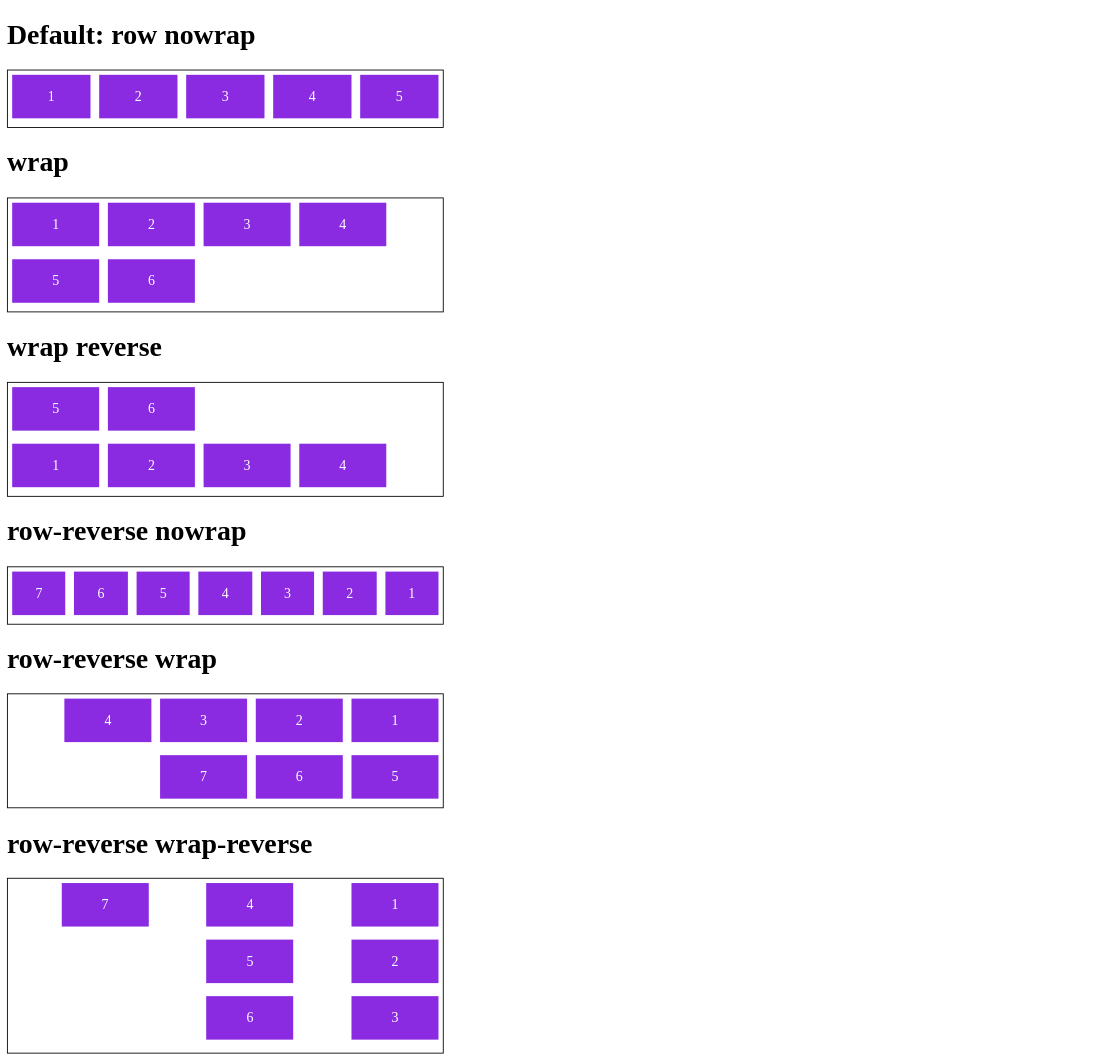
Repository: gabrielbino/projects-dio
Page: Flexbox/@flex-flow.html
The author's editor kept a copy of each file at every save. The page is drawn from the files as they stood at one save, then again after the next save.
The browser window is 1280 px wide. The pictures show the whole page, at 87% of full size.

Above is the page before, as saved 2021-10-22 17:27:06.

After the next save:
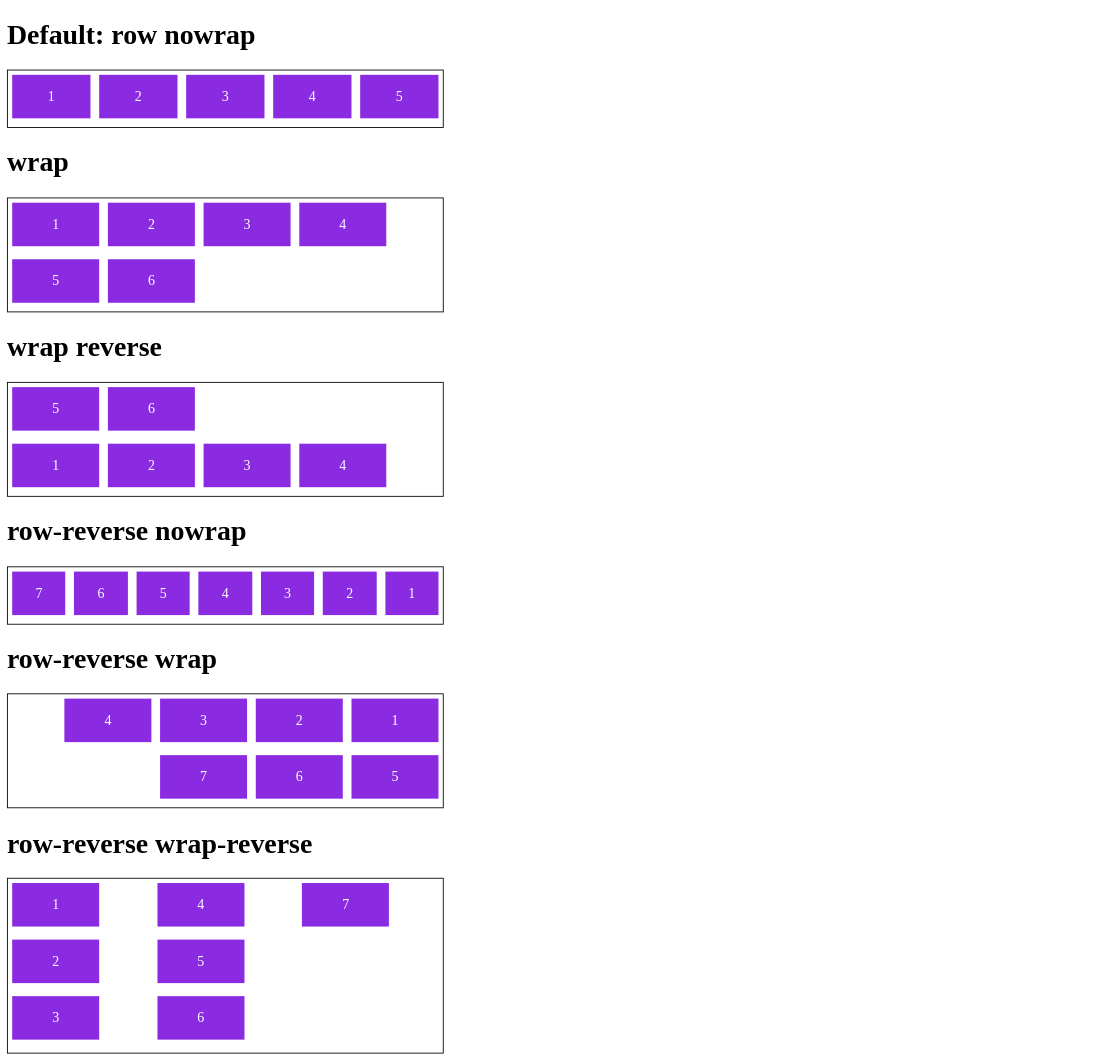
Saved 36 s later.
--- a/Flexbox/@flex-flow.html
+++ b/Flexbox/@flex-flow.html
@@ -33,7 +33,7 @@
       }
 
       .RRWR {
-        flex-flow: column wrap-reverse;
+        flex-flow: column wrap;
         height: 200px;
       }
 

After the save that followed:
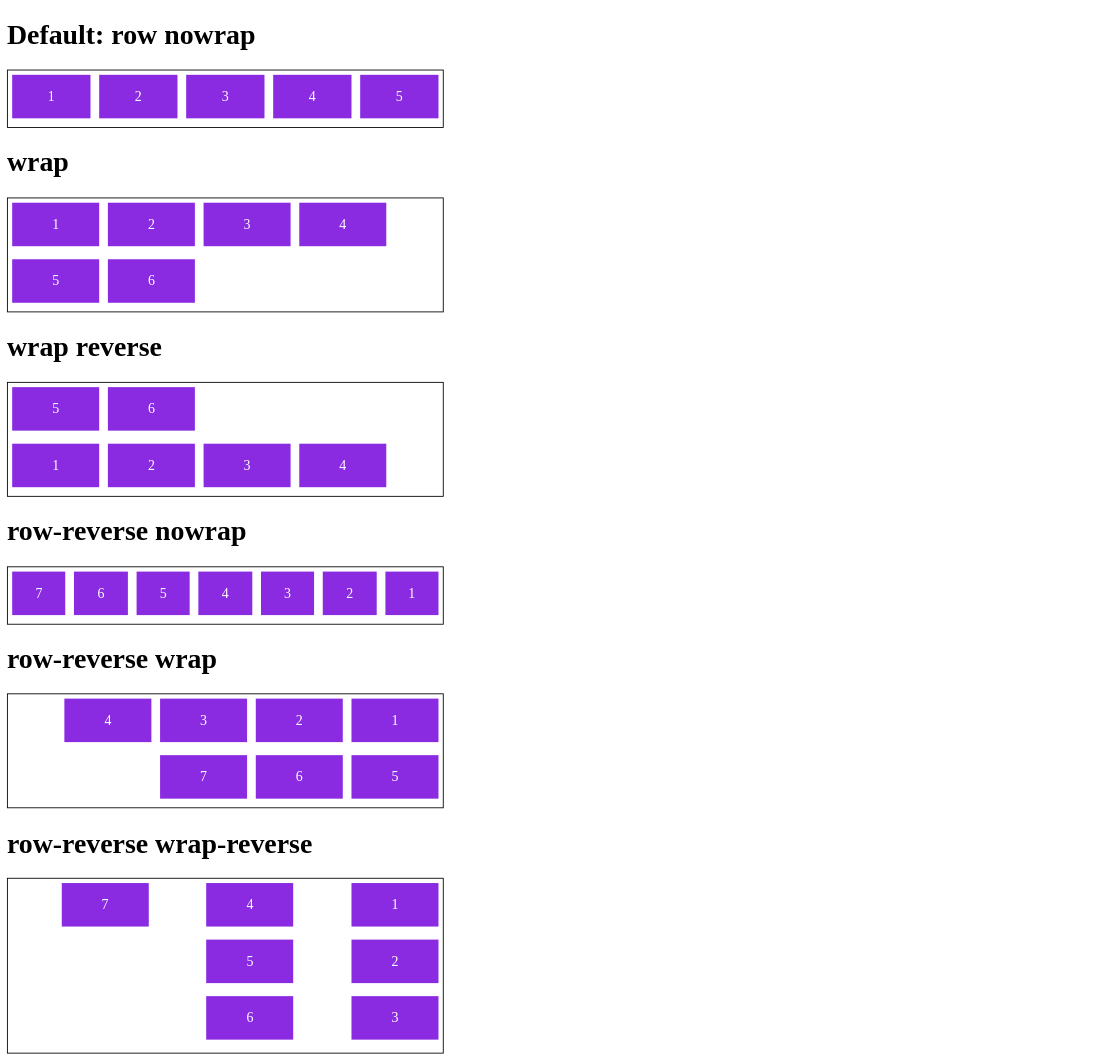
Saved 6 s later.
--- a/Flexbox/@flex-flow.html
+++ b/Flexbox/@flex-flow.html
@@ -33,7 +33,7 @@
       }
 
       .RRWR {
-        flex-flow: column wrap;
+        flex-flow: column wrap-reverse;
         height: 200px;
       }
 
